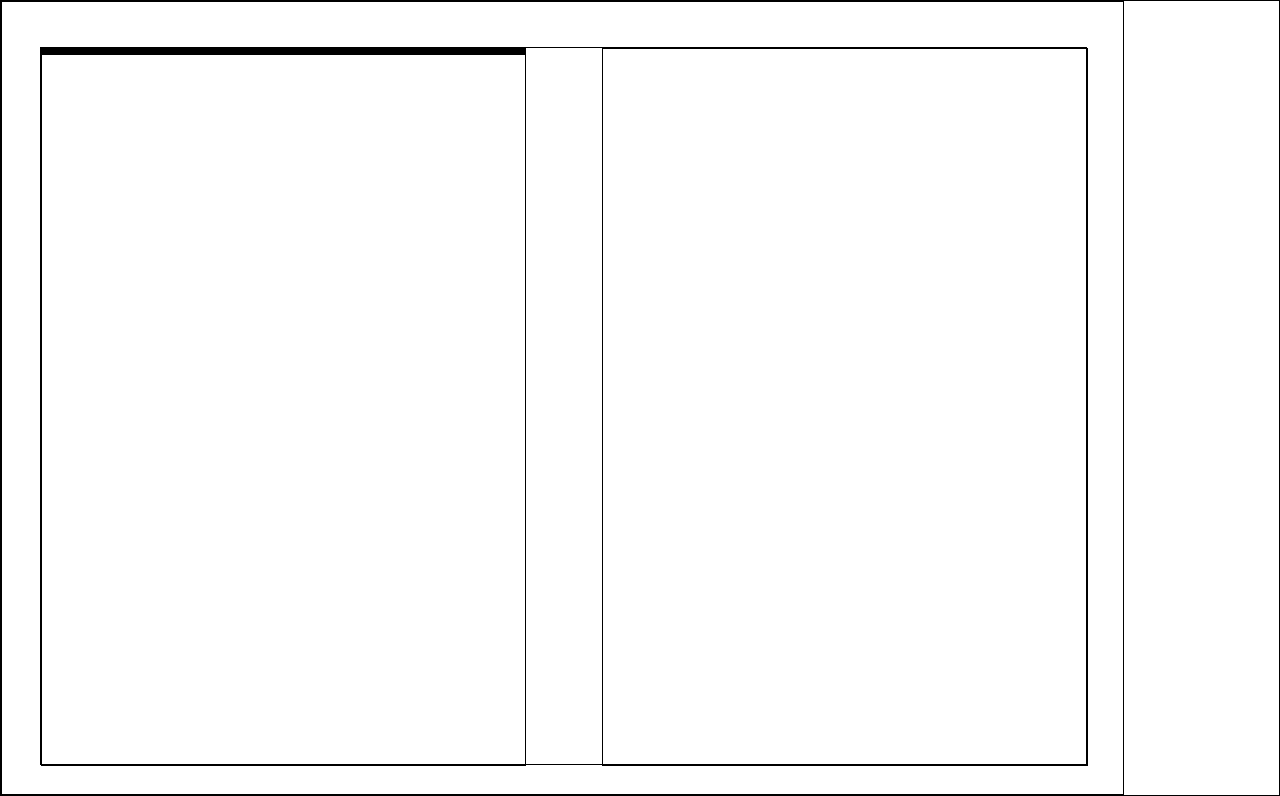
Repository: AnhDuc0125/xskt123
Page: index.html
The author's editor kept a copy of each file at every save. The page is drawn from the files as they stood at one save, then again after the next save.
The browser window is 1280 px wide. The pictures show the whole page.

Above is the page before, as saved 2022-01-29 15:57:48.

### index.html
<!DOCTYPE html>
<html lang="en">
  <head>
    <meta charset="UTF-8" />
    <meta http-equiv="X-UA-Compatible" content="IE=edge" />
    <meta name="viewport" content="width=device-width, initial-scale=1.0" />
    <link rel="stylesheet" href="style.css" />
    <title>Document</title>
  </head>
  <body>
    <div class="boxed__container">
      <div class="boxed--1">
        <div class="header">
          <div class="header--1"></div>
          <div class="header--2"></div>
        </div>
      </div>
      <div class="boxed--2"></div>
    </div>
  </body>
</html>

### style.css
* {
  margin: 0;
  padding: 0;
  box-sizing: border-box;
  border: 1px solid black;
}

body {
  width: 29.7cm;
  height: 21cm;
}

.boxed__container {
  width: 27.7cm;
  height: 19cm;
  margin: 1.2cm 1cm 0.8cm;
  display: grid;
  grid-template-columns: 12.85cm 12.85cm;
  grid-template-rows: 19cm;
  column-gap: 2cm;
}

.boxed--1,
.boxed--2 {
  width: 12.85cm;
  height: 19cm;
}

After the next save:
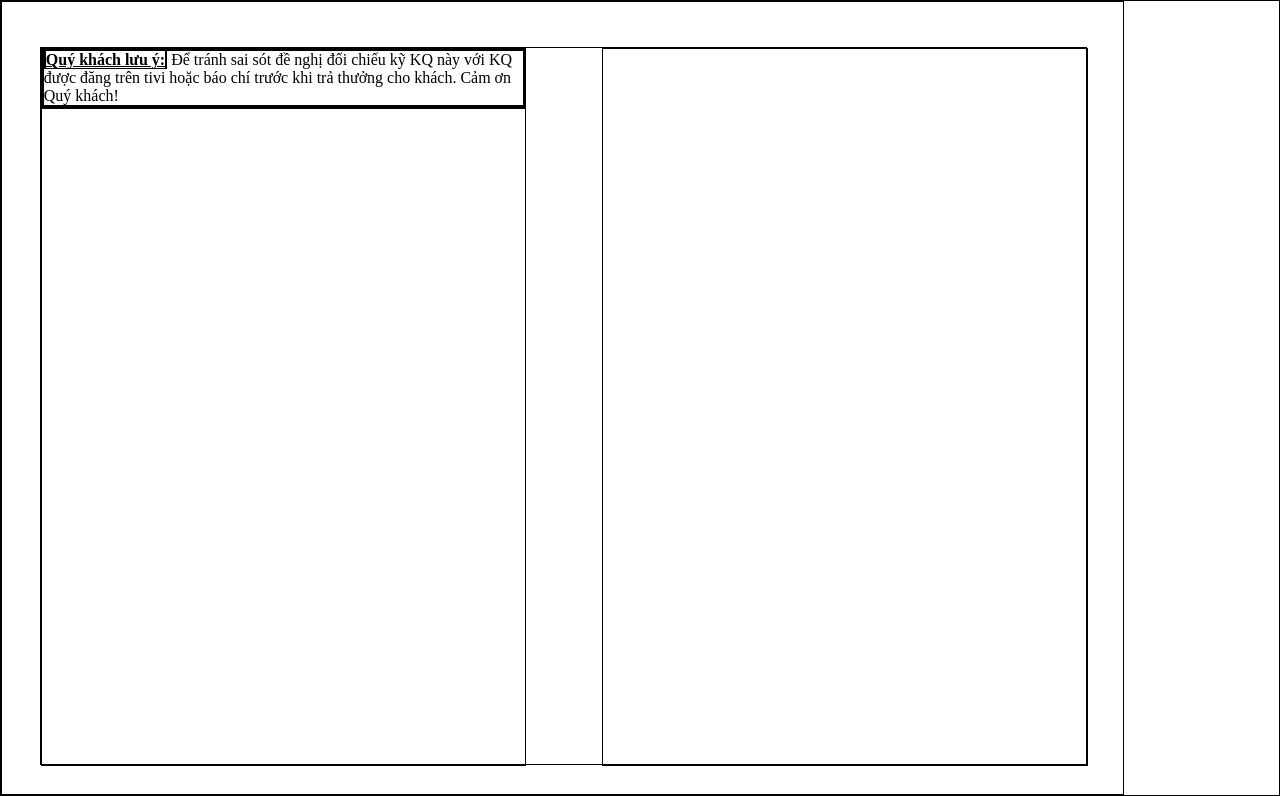
Saved 14 s later.
--- a/index.html
+++ b/index.html
@@ -11,7 +11,11 @@
     <div class="boxed__container">
       <div class="boxed--1">
         <div class="header">
-          <div class="header--1"></div>
+          <div class="header--1">
+            <b><u>Quý khách lưu ý:</u></b> Để tránh sai sót đề nghị đối chiếu kỹ
+            KQ này với KQ được đăng trên tivi hoặc báo chí trước khi trả thưởng
+            cho khách. Cảm ơn Quý khách!
+          </div>
           <div class="header--2"></div>
         </div>
       </div>
